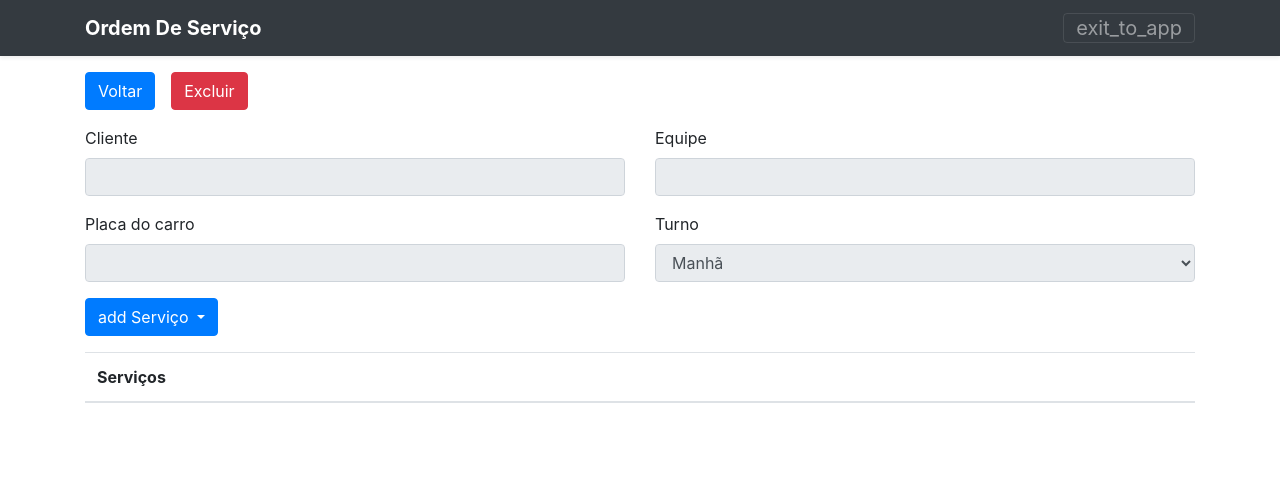
Repository: rodrigogermano/PGPARQ01C1.2N.P1.JAVA
Page: http://localhost/AppManutencaoWEB/WEB-INF/jsp/ordemdeservico/detalhe.jsp
An editor plug-in stored every save of this project. The page is shown before and after the next save, followed by the edit.
The browser window is 1280 px wide. The pictures show the whole page.
The page is served by Tomcat 9. Nobody is signed in. Other server files are loaded and not shown. The template is opened directly, without the code that normally fills it, so the values that code supplies are empty.

Above is the page before, as saved 2020-04-12 22:55:32.

### AppManutencaoWEB/AppManutencaoWEB/src/main/webapp/WEB-INF/jsp/ordemdeservico/detalhe.jsp
<%@ page language="java" contentType="text/html; charset=ISO-8859-1"
    pageEncoding="ISO-8859-1"%>
<%@ taglib prefix="spring" uri="http://www.springframework.org/tags"%>
<%@ taglib prefix='c' uri='http://java.sun.com/jsp/jstl/core' %>

<jsp:include page='../master/header.jsp'></jsp:include>
<jsp:include page='../master/menu.jsp'></jsp:include>

<div class="container mt-3">

	<div class="row">
		<div class="col-12">
			<div class="btn-toolbar" role="toolbar" aria-label="Toolbar with button groups">
				<a href="/home">
					<div class="btn-group mr-3 mb-3" role="group" aria-label="Third group">
				    	<button type="button" class="btn btn-primary">Voltar</button>
				  	</div>
			  	</a>
			  	<a href="/solicitacao/${solicitacao.getId()}/excluir">
					<div class="btn-group" role="group" aria-label="Third group">
				    	<button type="button" class="btn btn-danger">Excluir</button>
				  	</div>
			  	</a>
			</div>
		</div>
	</div>

	<div class="row">
		<div class="col-6">
			<div class="form-group">
		    	<label>Cliente</label>
		    	<input type="text" class="form-control" value="${solicitacao.getCliente().getNome()}" readonly>
		  	</div>
		</div>
		<div class="col-6">
			<div class="form-group">
		    	<label>Equipe</label>
		    	<input type="text" class="form-control" value="${solicitacao.getEquipe()}" readonly>
		  	</div>
		</div>
	</div>

	<div class="row">
		<div class="col-6">
			<div class="form-group">
		    	<label>Placa do carro</label>
		    	<input type="text" class="form-control" value="${solicitacao.getPlacaDoCarro()}" readonly>
		  	</div>
		</div>
		<div class="col-6">
			<div class="form-group">
		    	<label>Turno</label>
		    	<select class="form-control" value="${solicitacao.getTurno()}" disabled>
		    		<option value="1">Manhã</option>
		    		<option value="2">Tarde</option>
		    		<option value="3">Noite</option>
		    	</select>
		  	</div>
		</div>
	</div>


	<div class="btn-group" role="group" aria-label="Button group with nested dropdown">
	  <div class="btn-group" role="group">
	    <button id="btnGroupDrop1" type="button" class="btn btn-primary dropdown-toggle" data-toggle="dropdown" aria-haspopup="true" aria-expanded="false">
	      <span class="material-icons">add</span> Serviço
	    </button>
	    <div class="dropdown-menu" aria-labelledby="btnGroupDrop1">
	      <a class="dropdown-item" href="/solicitacao/${solicitacao.getId()}/corretiva">Corretiva</a>
	      <a class="dropdown-item" href="/solicitacao/${solicitacao.getId()}/preditiva">Preditiva</a>
	      <a class="dropdown-item" href="/solicitacao/${solicitacao.getId()}/preventiva">Preventiva</a>
	    </div>
	  </div>
	</div>


	<table class="table table-striped mt-3">
	  <thead>
	    <tr>
	      <th scope="col">Serviços</th>
	    </tr>
	  </thead>
	  <tbody>
	  	<c:forEach var="ordem" items="${solicitacao.getOrdensDeServico()}">
		    <tr>
		      <td>${ordem}</td>
		    </tr>
		</c:forEach>
	  </tbody>
	</table>


</div>
<jsp:include page='../master/footer.jsp'></jsp:include>

### AppManutencaoWEB/AppManutencaoWEB/src/main/webapp/WEB-INF/jsp/master/header.jsp
<%@ page language="java" contentType="text/html; charset=ISO-8859-1"
    pageEncoding="ISO-8859-1"%>
<%@ taglib prefix="spring" uri="http://www.springframework.org/tags"%>

<spring:url var="img" value="/resources/images"/>
<spring:url var="css" value="/resources/css"/>

<!DOCTYPE html>
<html>
<head>
<meta charset="ISO-8859-1">
<meta name="viewport" content="width=device-width, initial-scale=1, shrink-to-fit=no">
<link rel="stylesheet" href="https://stackpath.bootstrapcdn.com/bootstrap/4.4.1/css/bootstrap.min.css" integrity="sha384-Vkoo8x4CGsO3+Hhxv8T/Q5PaXtkKtu6ug5TOeNV6gBiFeWPGFN9MuhOf23Q9Ifjh" crossorigin="anonymous">
<link href="https://fonts.googleapis.com/icon?family=Material+Icons"
      rel="stylesheet">
<link rel='shortcut icon' type='image/x-icon' href='${img}/favicon.ico' />
<title>Infnet - Ordem de serviço</title>
</head>
<body>

### AppManutencaoWEB/AppManutencaoWEB/src/main/webapp/WEB-INF/jsp/master/menu.jsp
<%@ page language="java" contentType="text/html; charset=ISO-8859-1"
    pageEncoding="ISO-8859-1"%>
<header>
  <div class="navbar navbar-dark bg-dark shadow-sm">
    <div class="container d-flex justify-content-between">
      <a href="/home" class="navbar-brand d-flex align-items-center">
        <strong>Ordem De Serviço</strong>
      </a>
      <a href="/login">
	      <button class="navbar-toggler" type="button">
	        <span class="material-icons">
				exit_to_app
			</span>
	      </button>
      </a>
    </div>
  </div>
</header>

### AppManutencaoWEB/AppManutencaoWEB/src/main/webapp/WEB-INF/jsp/master/footer.jsp
<%@ page language="java" contentType="text/html; charset=ISO-8859-1"
    pageEncoding="ISO-8859-1"%>
<%@ taglib prefix="spring" uri="http://www.springframework.org/tags"%>

<spring:url var="js" value="/resources/js"/>



<script src="${js}/jquery.min.js"></script>
<script src="${js}/popper.min.js"></script>
<script src="${js}/bootstrap.min.js"></script>
</body>
</html>

Loaded but not shown: AppManutencaoWEB/AppManutencaoWEB/src/main/resources/static/js/jquery.min.js (library); AppManutencaoWEB/AppManutencaoWEB/src/main/resources/static/js/popper.min.js (library); AppManutencaoWEB/AppManutencaoWEB/src/main/resources/static/js/bootstrap.min.js (library)

After the next save:
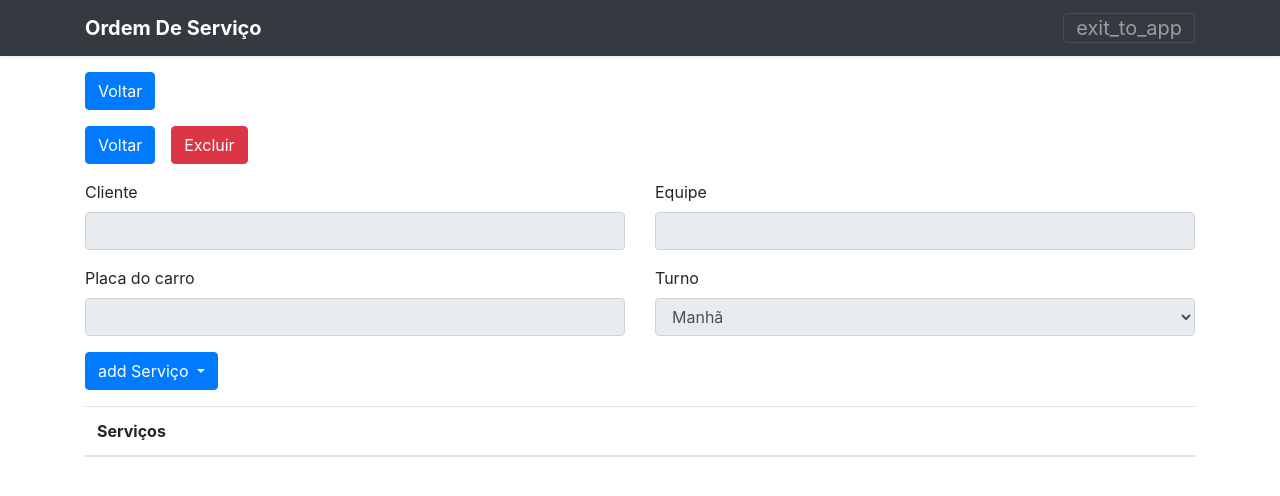
Saved 6 min 16 s later.
--- a/AppManutencaoWEB/AppManutencaoWEB/src/main/webapp/WEB-INF/jsp/ordemdeservico/detalhe.jsp
+++ b/AppManutencaoWEB/AppManutencaoWEB/src/main/webapp/WEB-INF/jsp/ordemdeservico/detalhe.jsp
@@ -7,6 +7,14 @@
 <jsp:include page='../master/menu.jsp'></jsp:include>
 
 <div class="container mt-3">
+
+	<div class="btn-toolbar" role="toolbar" aria-label="Toolbar with button groups">
+		<a href="/home">
+			<div class="btn-group mb-3" role="group" aria-label="Third group">
+		    	<button type="button" class="btn btn-primary">Voltar</button>
+		  	</div>
+	  	</a>
+	</div>
 
 	<div class="row">
 		<div class="col-12">
